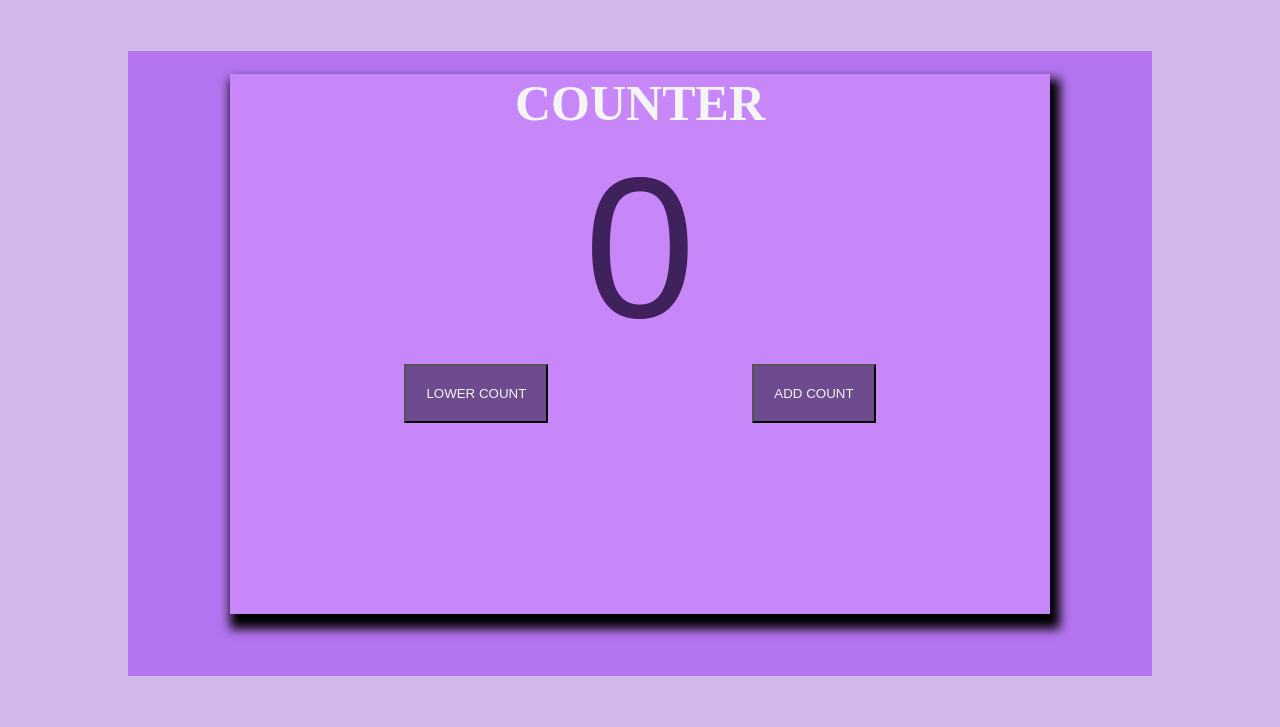
Repository: AnahitKhechumyan/Counter
Page: index.html
An editor plug-in stored every save of this project. The page is shown before and after the next save, followed by the edit.
The browser window is 1280 px wide. The pictures show the whole page.

Above is the page before, as saved 2022-02-14 21:20:18.

### index.html
<!DOCTYPE html>
<html lang="en">
<head>
    <meta charset="UTF-8">
    <meta http-equiv="X-UA-Compatible" content="IE=edge">
    <meta name="viewport" content="width=device-width, initial-scale=1.0">
    <link rel="stylesheet" href="style.css">
    <title>Counter</title>
</head>
<body>
    <div class="container">
       <div class="main">
            <div class="header">COUNTER</div>
            <button class= "counter">0</button>
            <div class = "change">
                 <button class ="decrement" type="button">LOWER COUNT</button>
                 <button class ="increment" type="button">ADD COUNT</button>
            </div>
        </div>
    </div>
    <script src= "script.js"></script>
</body>
</html>

### style.css
body{
    margin: 0;
    background-color: rgb(210, 183, 235);
}
.container{
    background-color: rgb(180, 116, 240);
    width: 80%;
    height: 85vh;
    margin: 4% 10%;
    padding-top: 1%;

}
.main{
    background-color: rgb(199, 135, 248);
    width: 80%;
    height: 75vh;
    margin: 1% 10%;
    box-shadow: 5px 10px 10px 5px;
    text-align: center;
}
.header{
    text-align: center;
    color:whitesmoke;
    font-size: 50px;
    font-weight: 700;
}

.counter{
    border:none;
    font-size:200px;
    color:rgb(63, 33, 92);
    background-color:rgb(199, 135, 248) ;

}
 .change{
     background-color:  rgb(199, 135, 248)
 }
.decrement{
    padding:20px;
    margin-right: 100px;
   background-color: rgb(110, 74, 143);
   color:whitesmoke;
}
.decrement:hover{
    background-color:whitesmoke;
    color:rgb(110, 74, 143);
    cursor:pointer;
}
.increment{
    padding:20px;
    margin-left: 100px;
    background-color: rgb(110, 74, 143);
    color:whitesmoke;
}
.increment:hover{
    background-color:whitesmoke;
    color:rgb(110, 74, 143);
    cursor:pointer;
}

### script.js
let counterElem = document.querySelector('.counter');
let addCount = document.querySelector('.increment');
let lowerCount =document.querySelector('.decrement');

    let count = 0;
    updateDisplay();

 addCount.addEventListener("click",()=>{
    count++;
    counterElem.innerHTML = count;
});
lowerCount.addEventListener("click",()=>{
    count--;
    counterElem.innerHTML = count;
});

updateDisplay();
function updateDisplay(){
    counterElem.innerHTML = count;
};

After the next save:
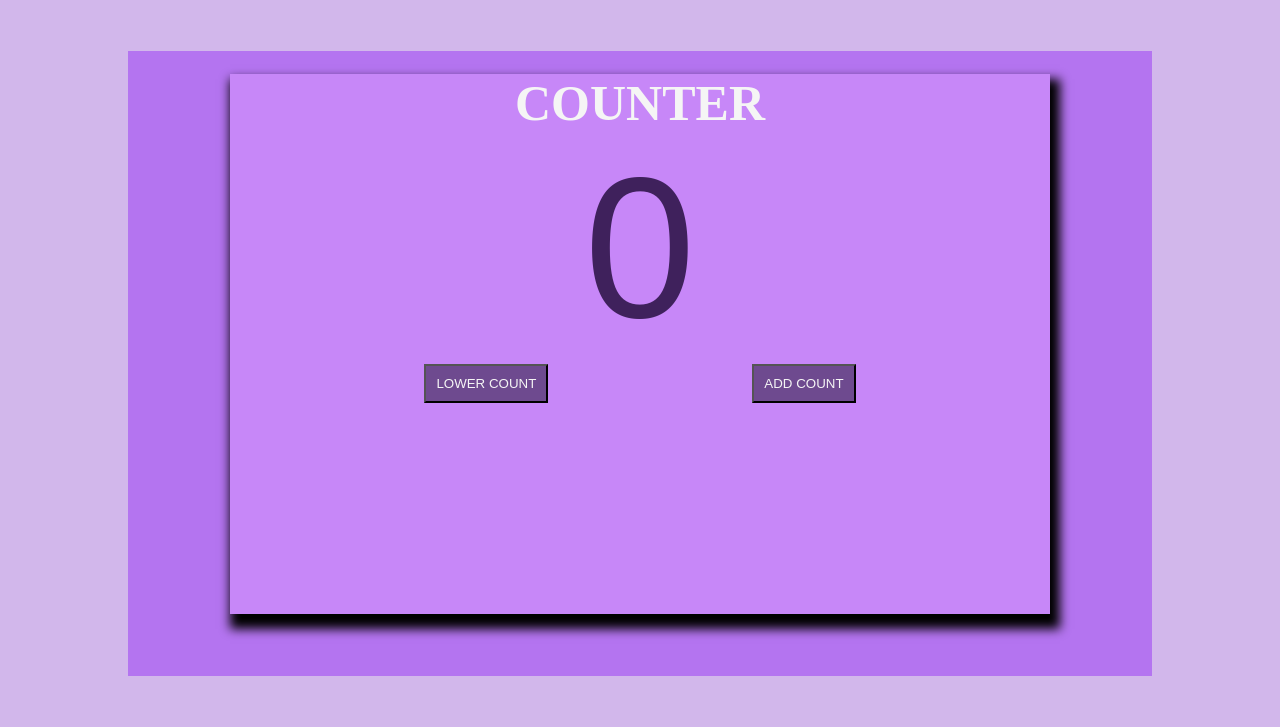
Saved 34 s later.
--- a/style.css
+++ b/style.css
@@ -36,7 +36,7 @@ body{
      background-color:  rgb(199, 135, 248)
  }
 .decrement{
-    padding:20px;
+    padding:10px;
     margin-right: 100px;
    background-color: rgb(110, 74, 143);
    color:whitesmoke;
@@ -47,7 +47,7 @@ body{
     cursor:pointer;
 }
 .increment{
-    padding:20px;
+    padding:10px;
     margin-left: 100px;
     background-color: rgb(110, 74, 143);
     color:whitesmoke;
